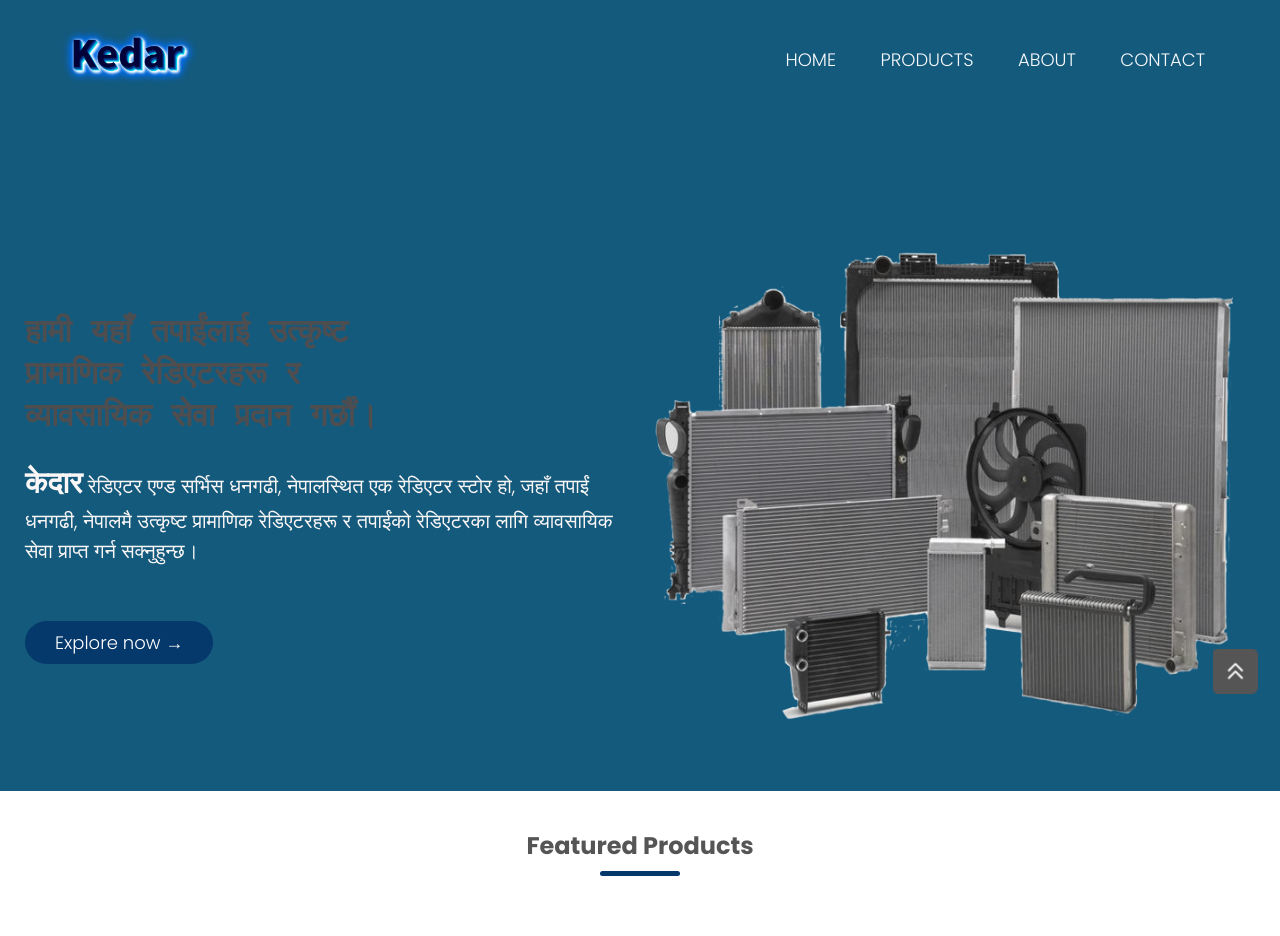
Repository: shyamchand-git/KedarRadiator
Page: index.html
These files come from the project's save history. The page is drawn as it stood at one moment and after a run of saves; the edit follows.
The browser window is 1280 px wide. The pictures show the part of the page from y = 0 to 936 px (the page is 2951 px tall).
A picture or video elsewhere on the page could not be fetched, so the positions and the page height are approximate.

Above is the page before, as saved 2026-02-22 13:28:21.

After the next 2 saves:
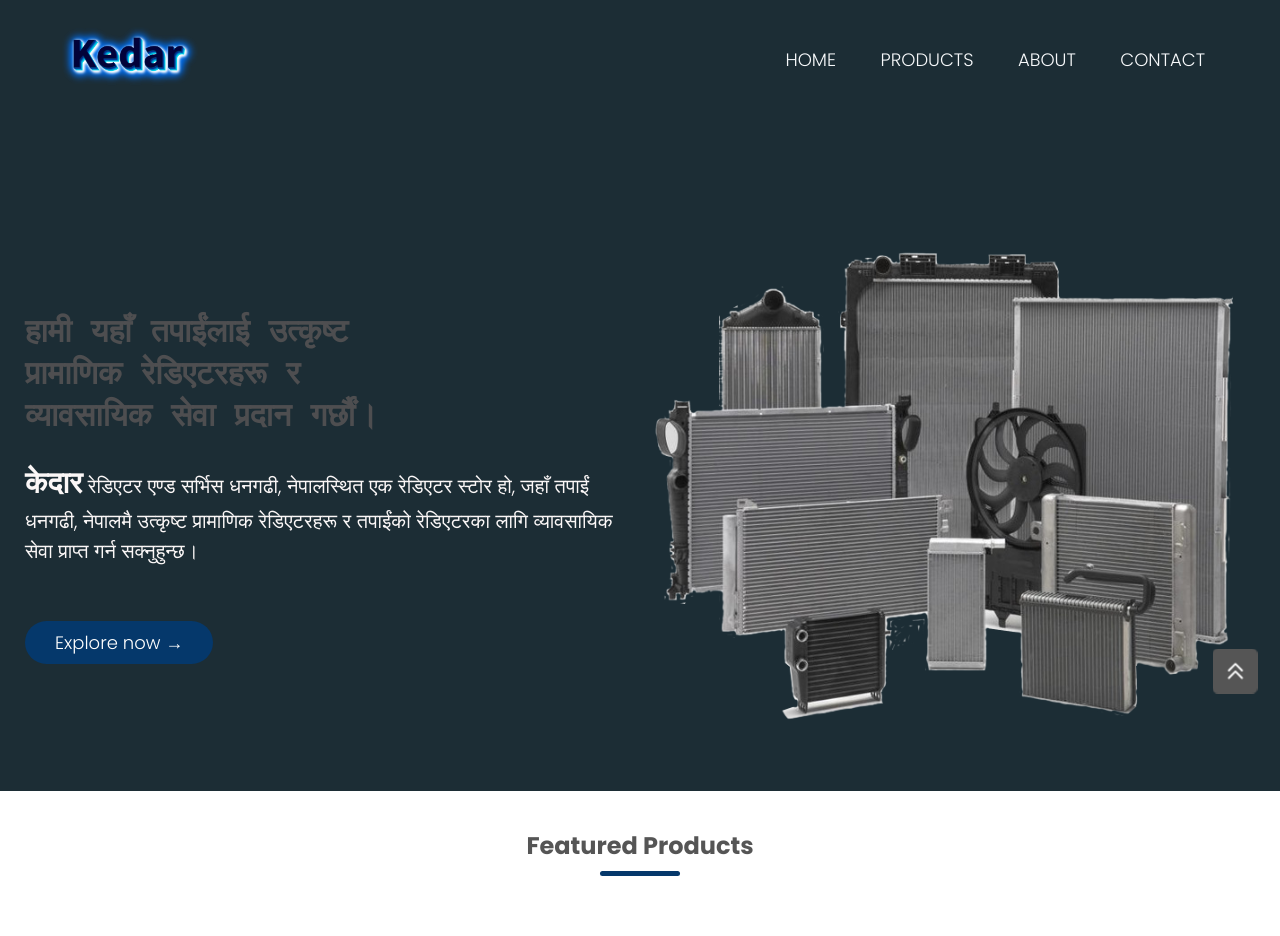
The 2 saves are shown as one change because they came seconds apart.
The last was saved 7 s later.
--- a/index.html
+++ b/index.html
@@ -233,7 +233,7 @@
             </svg>
         </a>
 
-        <div class="header " id="section-1" style="background: #145a7d;">
+        <div class="header " id="section-1" style="background: #1c2d35;">
             <div class="container">
                 <div class="naVbar ">
                     <div class="logo">
